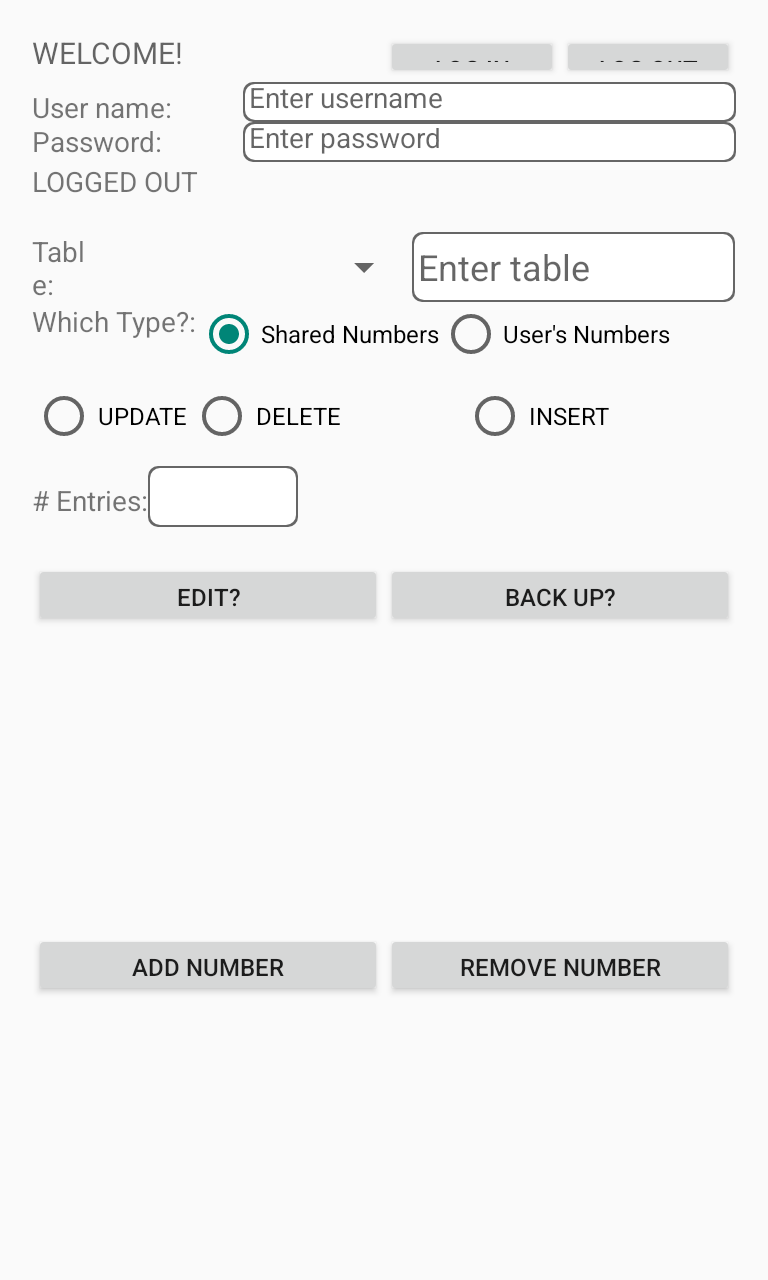
Repository: kharryman/LFQ_APP
Layout: LearnFactsQuick/res/layout/edit_numbers.xml
The author's editor kept a copy of each file at every save. The layout is drawn from the files as they stood at one save, then again after the next save.
It is drawn on a 768 x 1280 px phone screen (xhdpi) without system bars, with theme AppTheme; the app's code is not run.

Above is the layout before, as saved 2018-03-25 03:14:54.

After the next save:
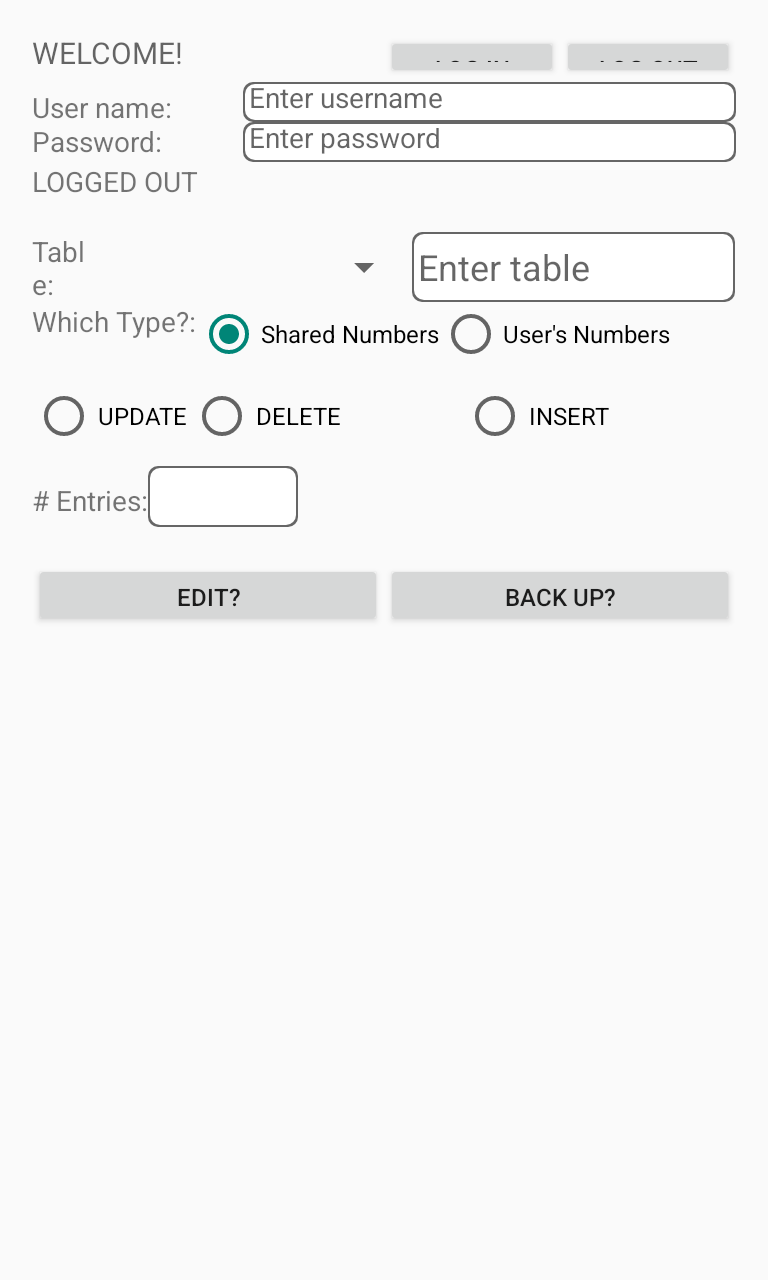
Saved 11 h 44 min later.
--- a/LearnFactsQuick/res/layout/edit_numbers.xml
+++ b/LearnFactsQuick/res/layout/edit_numbers.xml
@@ -279,7 +279,7 @@
 
         <ScrollView
             android:layout_width="match_parent"
-            android:layout_height="300px" >
+            android:layout_height="match_parent" >
 
             <RelativeLayout
                 android:id="@+id/numbers_mnemonic_entries_layout"
@@ -287,29 +287,6 @@
                 android:layout_height="wrap_content" >
             </RelativeLayout>
         </ScrollView>
-
-        <LinearLayout
-            android:id="@+id/edit_numbers_add_remove_numbers"
-            android:layout_width="match_parent"
-            android:layout_height="70px"
-            android:orientation="horizontal" >
-
-            <Button
-                android:id="@+id/do_edit_numbers_add_number"
-                android:layout_width="0dp"
-                android:layout_height="70px"
-                android:layout_weight="0.5"
-                android:text="ADD NUMBER"
-                android:textSize="12sp" />
-
-            <Button
-                android:id="@+id/do_edit_numbers_remove_number"
-                android:layout_width="0dp"
-                android:layout_height="70px"
-                android:layout_weight="0.5"
-                android:text="REMOVE NUMBER"
-                android:textSize="12sp" />
-        </LinearLayout>
     </LinearLayout>
 
 </LinearLayout>
